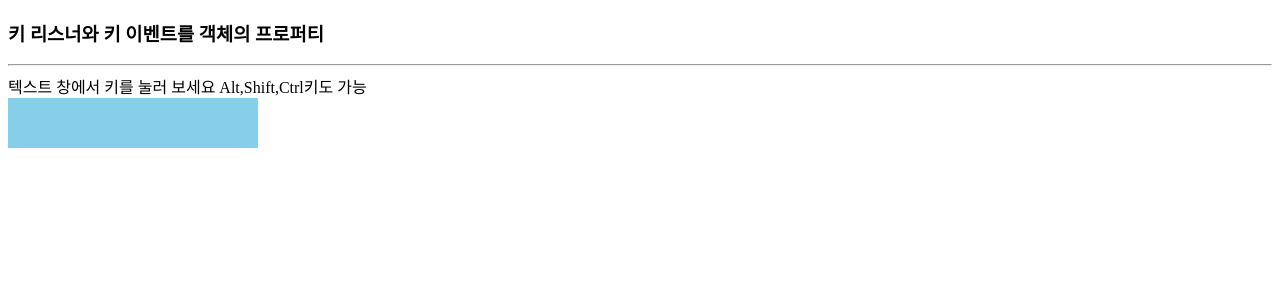
Repository: luna2222/web
Page: 02.JavaScript/WebContent/chap4/04_20key.html
The author's editor kept a copy of each file at every save. The page is drawn from the files as they stood at one save, then again after the next save.
The browser window is 1280 px wide. The pictures show the whole page.

Above is the page before, as saved 2019-02-25 09:25:59.
Console error: ReferenceError: e is not defined

### 02.JavaScript/WebContent/chap4/04_20key.html
<!DOCTYPE html>
<html>
<head>
<meta charset="UTF-8">
<title>키 이벤트</title>
<script >
function whatKeyDown(e){
	var str="";
	var div= document.getElementById("div");
	div.innerHTML=" "; //DIV객체 내용을 지운다
	if(e.altKey){
		str += "Alt 키가 눌러졌습니다<br>";
	}
}
if(e.shiftKey){
       str+="shift 키가 눌러졌습니다<br>";
}
if(e.ctrlKey){

 	str+= "ctrl키가 눌러졌습니다<br>";
 	str +=String.fromCharCode(e.keyCode)+"키가 눌러졌습니다"
 	div.innerHTML=str;// div객체에 문자열을 출력한다
}
</script>
</head>
<body>
<h3> 키 리스너와 키 이벤트를 객체의 프로퍼티</h3>
<hr>
텍스트 창에서 키를 눌러 보세요 Alt,Shift,Ctrl키도 가능<br>
<div id ="div" style="background-color:skyblue;width:250px; height:50px">
</div>
</body>
</html>

After the next save:
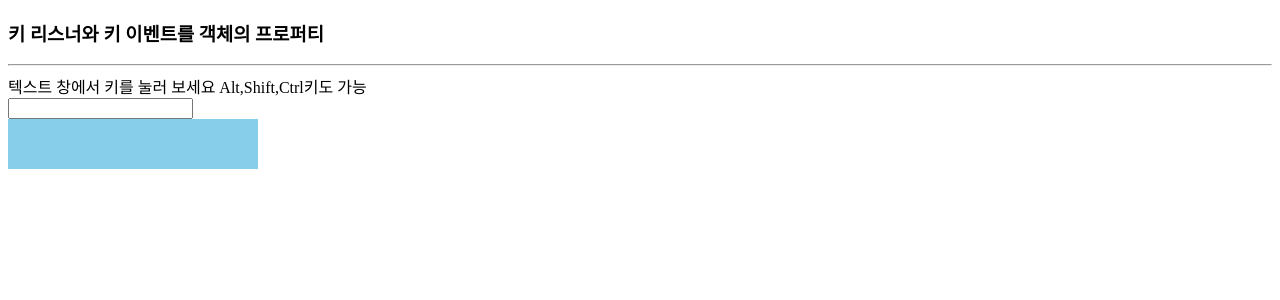
Saved 117 s later.
--- a/02.JavaScript/WebContent/chap4/04_20key.html
+++ b/02.JavaScript/WebContent/chap4/04_20key.html
@@ -27,6 +27,7 @@ if(e.ctrlKey){
 <h3> 키 리스너와 키 이벤트를 객체의 프로퍼티</h3>
 <hr>
 텍스트 창에서 키를 눌러 보세요 Alt,Shift,Ctrl키도 가능<br>
+<input type="text" id ="text"onkeydown(event)">
 <div id ="div" style="background-color:skyblue;width:250px; height:50px">
 </div>
 </body>
